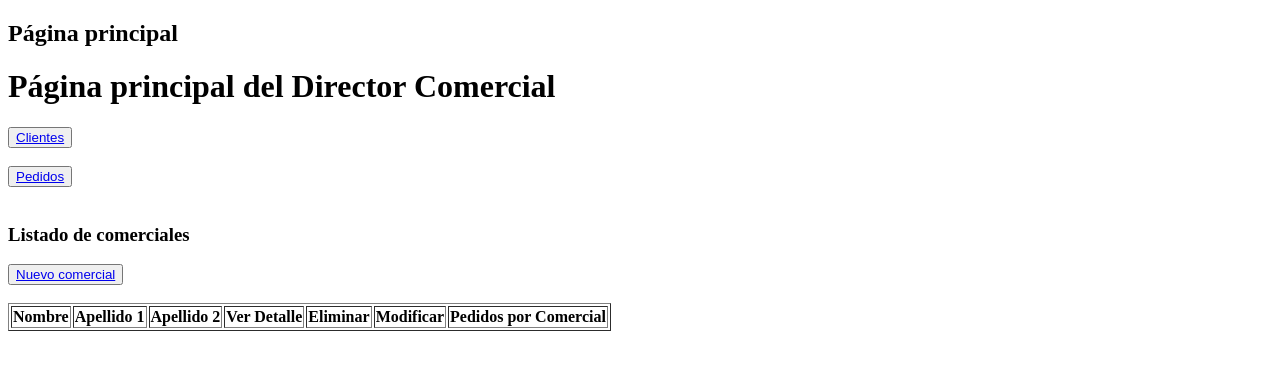
Repository: Umalaia/SpringBoot_Clientes_Pedidos_Comerciales
Page: http://localhost/home
The author's editor kept a copy of each file at every save. The page is drawn from the files as they stood at one save, then again after the next save.
The browser window is 1280 px wide. The pictures show the whole page.
The page is this project's Thymeleaf template; nobody is signed in. The template is opened directly, without the code that normally fills it, so the values that code supplies are empty.

Above is the page before, as saved 2023-12-05 17:32:05.

### zz_examen_primera_eval/src/main/resources/templates/home.html
<!DOCTYPE html>
<html xmlns:th="http://www.thymeleaf.org">
<head>
<meta charset="UTF-8">
<title>Comerciales página principal</title>
</head>
<body>
	<h2>Página principal</h2>
	<h1>Página principal del Director Comercial</h1>
	<button><a th:href="@{/clientes}">Clientes</a></button>
	<br><br>
	<button><a th:href="@{/pedidos}">Pedidos</a></button>
	<br><br>
	<h3 th:text=${mensaje}></h3>
	<h3>Listado de comerciales</h3>
	<button><a th:href="@{/comerciales/alta}">Nuevo comercial</a></button>
	<br><br>
	<table border ="1">
		<tr>
			<th>Nombre</th>
			<th>Apellido 1</th>
			<th>Apellido 2</th>
			<th>Ver Detalle</th>
			<th>Eliminar</th>
			<th>Modificar</th>
			<th>Pedidos por Comercial</th>
		</tr>
		<tr th:each="comercial : ${comerciales}">
			<td th:text="${comercial.nombre}"></td>
			<td th:text=${comercial.apellido1}></td>
			<td th:text=${comercial.apellido2}></td>
			<td><a th:href="@{/comerciales/verDetalles/{id}(id=${comercial.idComercial})}">Detalle</a></td>
			<td><a th:href="@{/comerciales/eliminar/{id}(id=${comercial.idComercial})}">Eliminar</a></td>
			<td><a th:href="@{/comerciales/modificar/{id}(id=${comercial.idComercial})}">Modificar</a></td>
			<td><a th:href="@{/comerciales/pedidosPorComercial/{id}(id=${comercial.idComercial})}">Ver pedidos</a></td>
		</tr>
	</table>
</body>
</html>

After the next save:
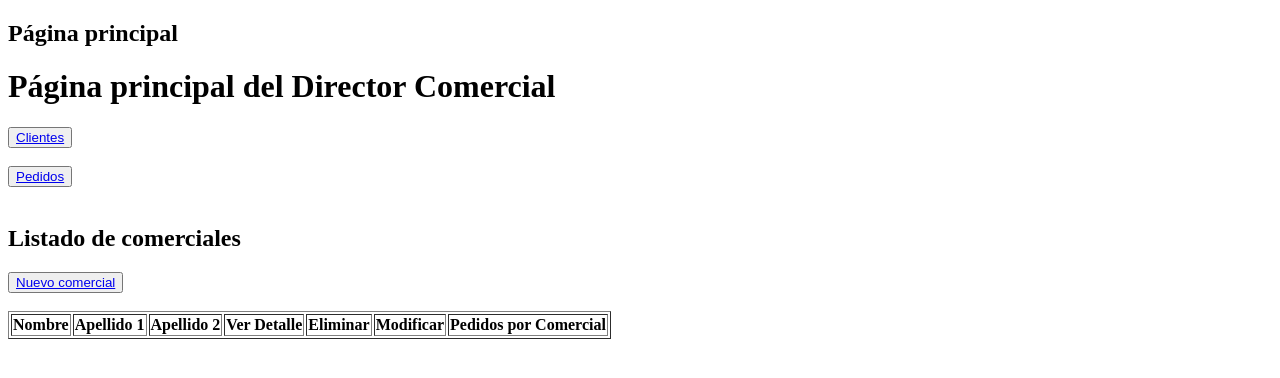
Saved 10 s later.
--- a/zz_examen_primera_eval/src/main/resources/templates/home.html
+++ b/zz_examen_primera_eval/src/main/resources/templates/home.html
@@ -12,7 +12,7 @@
 	<button><a th:href="@{/pedidos}">Pedidos</a></button>
 	<br><br>
 	<h3 th:text=${mensaje}></h3>
-	<h3>Listado de comerciales</h3>
+	<h2>Listado de comerciales</h2>
 	<button><a th:href="@{/comerciales/alta}">Nuevo comercial</a></button>
 	<br><br>
 	<table border ="1">
